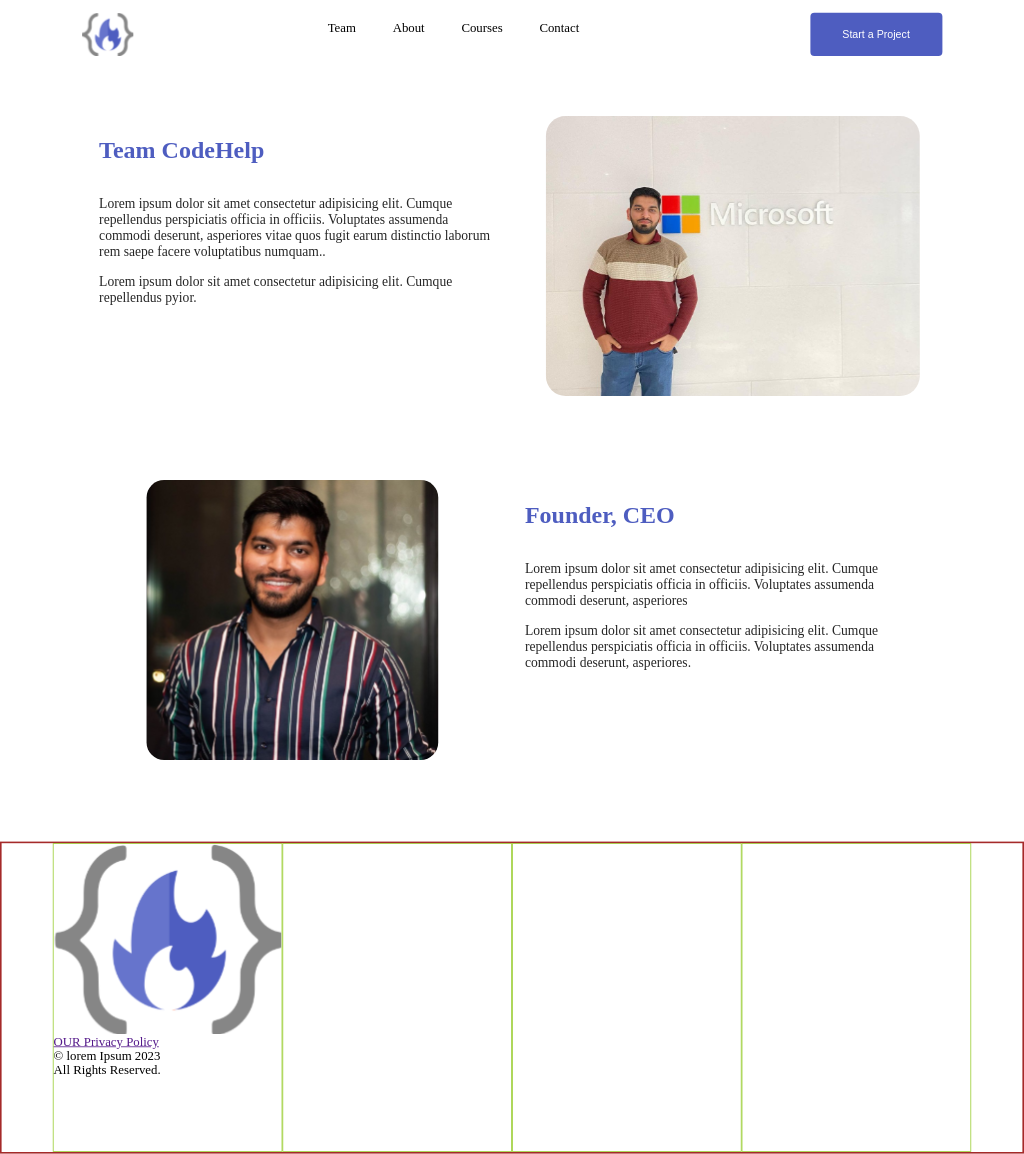
Repository: PraffulPatel27/Codehelp-Mini-Clone
Page: index.html
The author's editor kept a copy of each file at every save. The page is drawn from the files as they stood at one save, then again after the next save.
The browser window is 1280 px wide. The pictures show the whole page, at 80% of full size.

Above is the page before, as saved 2024-02-25 10:26:21.

### index.html
<!DOCTYPE html>
<html lang="en">
<head>
    <meta charset="UTF-8">
    <meta name="viewport" content="width=device-width, initial-scale=1.0">
    <title>Codehelp Website Clone</title>
    <link rel="stylesheet" href="style.css">
    <link rel="icon" href="assets/logo.png" type="image/x-icon">
</head>
<body>

    <div class="wrapper">

        <nav>
            <div class="nav-container">
                <img src="assets/logo.svg" alt="logo" class="logo">

                <div class="nav-links">
                    <p> Team</p>
                    <p> About</p>
                    <p> Courses</p>
                    <p> Contact</p>
                </div>

                <button class="start-btn">Start a Project</button>
            </div>
        </nav>


        <div class="container-1">

            <div class="box" id="main">
                <div class="left-text">
                    <h2> Team CodeHelp </h2>
                    <p> Lorem ipsum dolor sit amet consectetur adipisicing elit. Cumque repellendus perspiciatis officia in officiis. Voluptates assumenda commodi deserunt, asperiores vitae quos fugit earum distinctio laborum rem saepe facere voluptatibus numquam.. </p><br>

                    <p>Lorem ipsum dolor sit amet consectetur adipisicing elit. Cumque repellendus pyior. </p>
                </div>

                <img src="assets/Love_babar_bhaiya_1.svg" alt="image" class="right-image">
            </div>

            <div class="box" id="main-2">
                <img src="assets/Love_babar_bhaiya_2.svg" alt="image" class="right-image">

                <div class="left-text">
                    <h2> Founder, CEO </h2>
                    <p> Lorem ipsum dolor sit amet consectetur adipisicing elit. Cumque repellendus perspiciatis officia in officiis. Voluptates assumenda commodi deserunt, asperiores</p><br>

                    <p>Lorem ipsum dolor sit amet consectetur adipisicing elit. Cumque repellendus perspiciatis officia in officiis. Voluptates assumenda commodi deserunt, asperiores. </p>
                </div>
            </div>

        </div>

    </div>

    <footer>
        <div class="foot-container">
            <div class="ft-box" id="ftb-1">
                <img src="assets/logo.svg" alt="logo" class="logo">
                <a href="">OUR Privacy Policy</a>
                <p>© lorem Ipsum 2023<br>
                    All Rights Reserved.</p>
            </div>
            <div class="ft-box"></div>
            <div class="ft-box"></div>
            <div class="ft-box"></div>
        </div>
    </footer>
</body>
</html>

### style.css
* {
    margin: 0;
    padding: 0;
    box-sizing: border-box;
    font-style: 'Roboto Flex', sans-serif;
}

.wrapper {
    padding-left: 8%;
    padding-right: 8%;
}

.nav-container {
    display: flex;
    justify-content: space-between;
    position: sticky;
    /* border: 1px solid red; */
    margin-bottom: 4%;
}

.nav-container img {
    padding-top: 1.5%;
    width: 6%;
}

.nav-container button {
    width: 165px;
    height: 54px;
    margin-top: 1.5%;
    background: #4E5DC0;
    border-radius: 5px;
    color: #fff;
    border: none;
}

.nav-links {
    display: flex;
    justify-content: space-evenly;
    justify-content: center;
    align-items: center;
    /* list-style-type: none; */
}

.nav-links p {
    margin-right: 26%;
}

.container-1 {
    height: 885px;
    margin-bottom: 5%;
    /* border: 1px solid green; */
    display: grid;

    grid-template-rows: 1fr 1fr;
    grid-template-columns: 1fr;
    grid-gap: 25px;

    grid-template-areas:
    "main"
    "main2";
}

.box {
    /* border: 2px solid red; */
    /* background-color: antiquewhite; */

}
#main {
    grid-area: main;
    padding: 3% 2% 3% 2%;

    display: flex;
    justify-content: space-between;
}
#main img {
    width: 480px;
    height: 350px;
}
.left-text {
    padding-top: 2.5%;
    width: 500px;
    height: 350px;
    /* border: 2px solid blue; */
}
.left-text h2 {
    color: #4E5DC0;
    font-size: 30px;
    margin-bottom: 8%;
}
.left-text p {
    color: #000000;
    font-size: 17px;
    opacity: 0.85;
}

#main-2 {
    grid-area: main2;
    padding: 3% 2% 3% 0%;

    display: flex;
    justify-content: space-between;
}
#main-2 img {
    width: 527px;
    height: 350px;
}



 /* footer start here */
.foot-container {
    height: 390px;
    border: 2px solid brown;
    padding-left: 5%;
    padding-right: 5%;

    display: grid;
    grid-template-columns: repeat(4, 1fr);
    grid-template-rows: 1fr;
    justify-content: space-evenly;
}

.ft-box {
    border: 1px solid yellowgreen;
}

#ftb-1 {
    display: flex;
    flex-direction: column;
    justify-content: flex-start;
}
#ftb-1 img {
    width: 6;
}

After the next save:
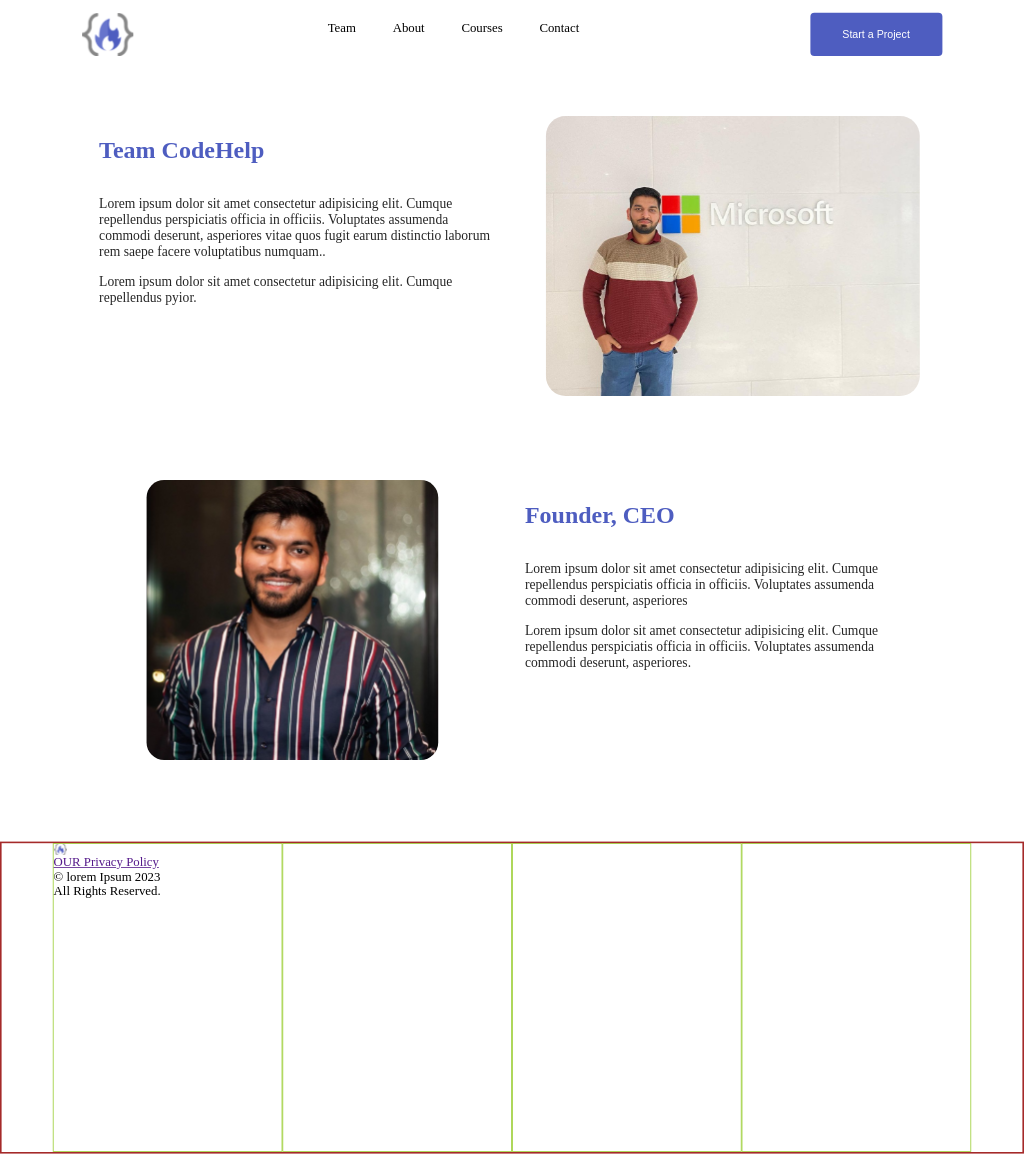
Saved 4 s later.
--- a/style.css
+++ b/style.css
@@ -130,5 +130,5 @@
     justify-content: flex-start;
 }
 #ftb-1 img {
-    width: 6;
+    width: 6%;
 }
